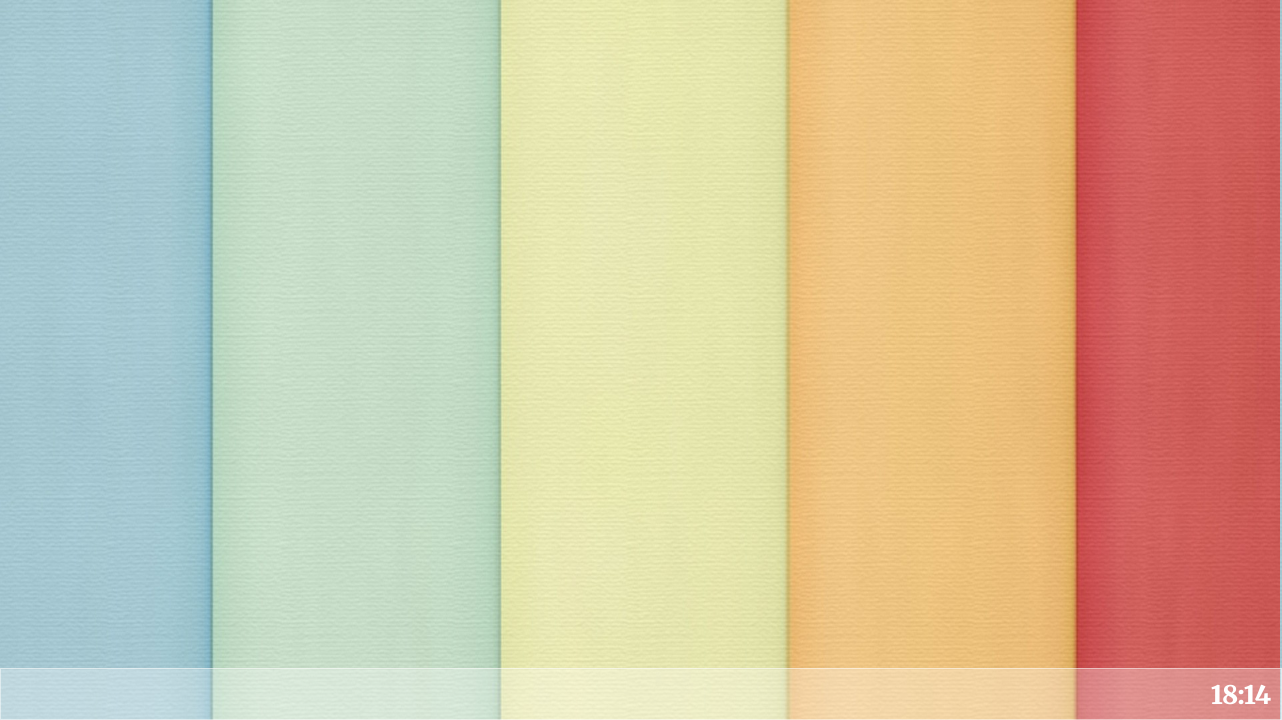
Repository: RebeccaFransson/1dv403-laborationer
Page: 5-pwd/desktop.html
The author's editor kept a record of every edit. The page is drawn from the files as they stood at one moment, then again after the next edit.
The browser window is 1280 px wide. The page is 1282 px wide, so the pictures cover 1282 px, including what lies to the right of the window. The pictures show the whole page.
Some web fonts or font styles are not loaded; a fallback is used.

Above is the page before.
Console error: TypeError: Cannot read properties of undefined (reading 'setAttribute')

After the next edit:
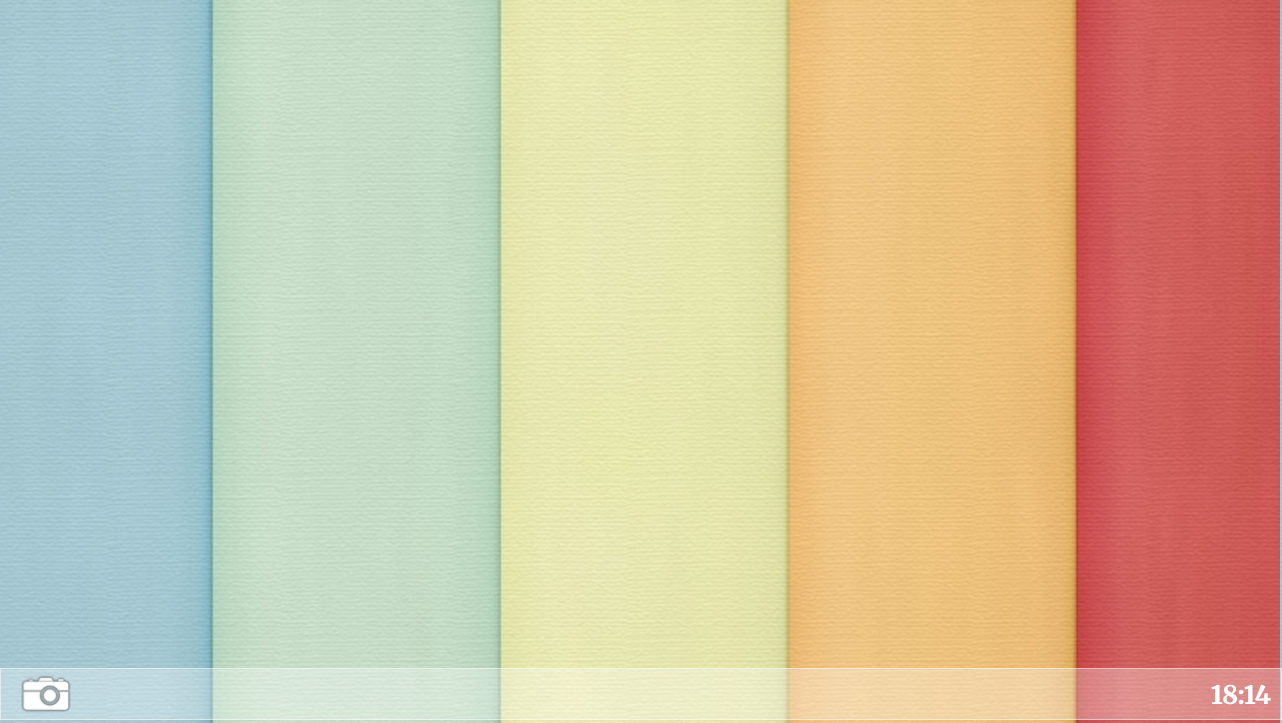
Console error: ReferenceError: aSpan is not defined
The edit:
--- a/5-pwd/script/Desktop.js
+++ b/5-pwd/script/Desktop.js
@@ -14,8 +14,6 @@
     img.setAttribute('width', '50px');
     img.setAttribute('height', '50px');
     var a = document.createElement('a');
-    var aSpan = document.createElement('span');
-    aSpan.
     a.setAttribute('href', '#');
     a.setAttribute('class', 'tooltip');
     a.setAttribute('title', namn);
